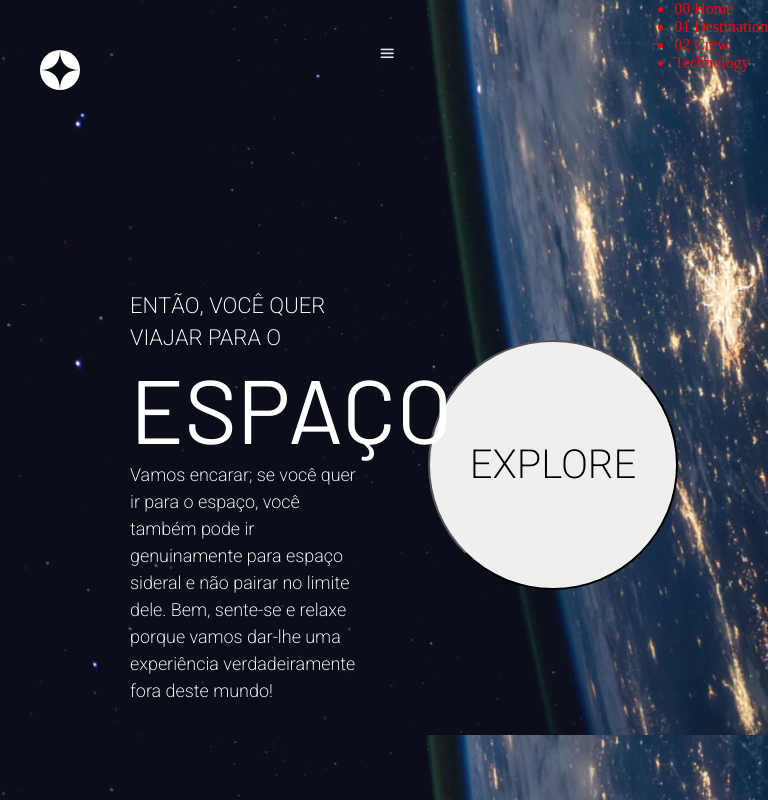
Repository: Leonngc/space-site
Page: space-tourism-website-main/space-tourism-website-main/starter-code/index.html
These files come from the project's save history. The page is drawn as it stood at one moment and after a run of saves; the edit follows.
The browser window is 768 px wide. The pictures show the whole page.
Some web libraries are served in a nearby version.

Above is the page before, as saved 2023-04-29 16:12:57.

After the next 5 saves:
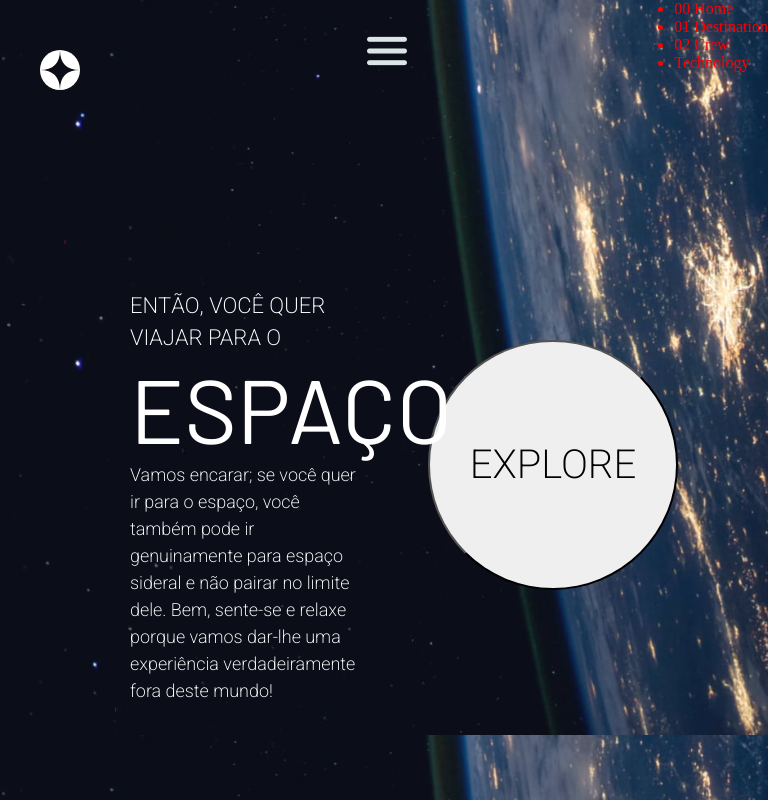
The 5 saves are shown as one change because they came seconds apart.
The last was saved 14 s later.
--- a/space-tourism-website-main/space-tourism-website-main/starter-code/styles/menu.css
+++ b/space-tourism-website-main/space-tourism-website-main/starter-code/styles/menu.css
@@ -70,9 +70,12 @@ header{
         color: red;
         display: flex;
         flex-direction: column;
+        float: left;
     }
 
     .burguer-button {
+
+        font-size: 40px;
         background-color: rgba(255, 255, 255, 0);
         color: #dbe5e6;
         border: none;
